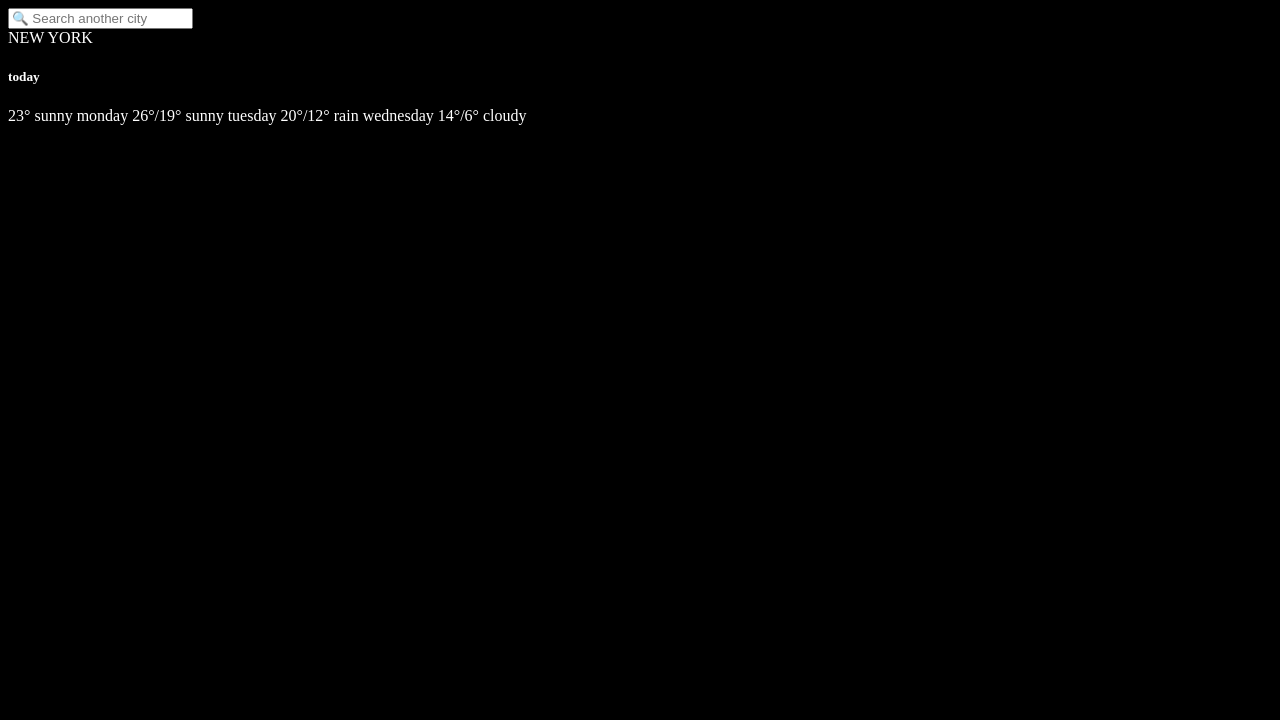
Repository: liav13/WeatherTast
Page: index.html
The author's editor kept a copy of each file at every save. The page is drawn from the files as they stood at one save, then again after the next save.
The browser window is 1280 px wide. The pictures show the whole page.
The style sheet was rebuilt from its Sass, Less or Tailwind sources for each picture, by a compiler version that may differ from the author's.

Above is the page before, as saved 2019-07-13 13:34:51.

### index.html
<html lang="en">
    <head>
        <meta charset="UTF-8">
        <meta name="viewport" content="width=device-width, initial-scale=1.0">
        <meta http-equiv="X-UA-Compatible" content="ie=edge">
        <link href="https://fonts.googleapis.com/css?family=Work+Sans&display=swap" rel="stylesheet">
        <link rel="stylesheet" href="./css/style.css">
        <title>Document</title>
    </head>
    <body>

        <header>
        <input type="text" placeholder="&#128269; Search another city">
        </header>



        <section>
            <span class="loction"> NEW YORK <h5>today</h5> 23&#176; sunny </span>
            <!-- לתפוס כל חלק בניפרד בץוך הספרן -->
            <span class="weater"> monday 26&#176;/19&#176; sunny</span>
            <span class="weater"> tuesday 20&#176;/12&#176; rain</span>
            <span class="weater"> wednesday 14&#176;/6&#176; cloudy</span>
        </section>


    </body>
    </html>

### styles/style.scss
$primaryColor: white;
$backgroundImg:url("ing/sky.png") ;
body{
    background-color:black;
}
*{
    color: $primaryColor;
}

After the next save:
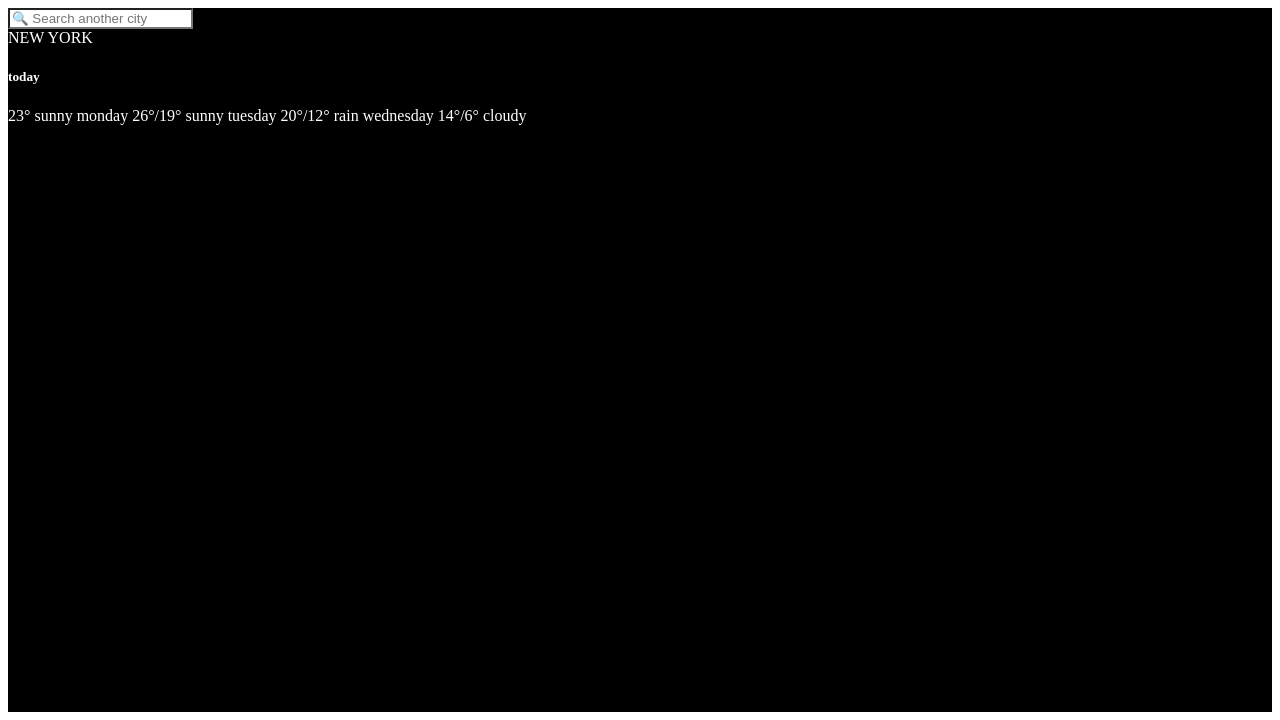
Not found: css/ing/sky.png
Saved 18 s later.
--- a/styles/style.scss
+++ b/styles/style.scss
@@ -5,4 +5,5 @@ body{
 }
 *{
     color: $primaryColor;
+    background-image: $backgroundImg;
 }

After the save that followed:
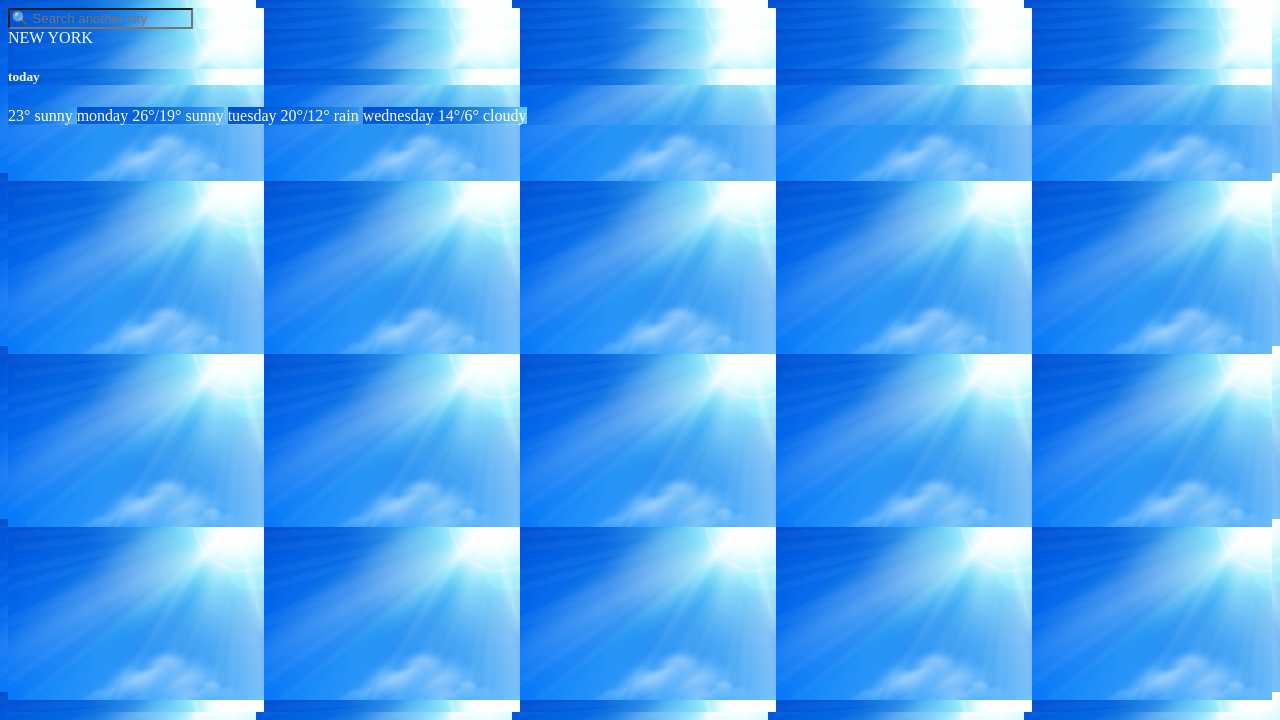
Saved 21 s later.
--- a/styles/style.scss
+++ b/styles/style.scss
@@ -1,5 +1,5 @@
 $primaryColor: white;
-$backgroundImg:url("ing/sky.png") ;
+$backgroundImg:url("/img/sky.png") ;
 body{
     background-color:black;
 }
